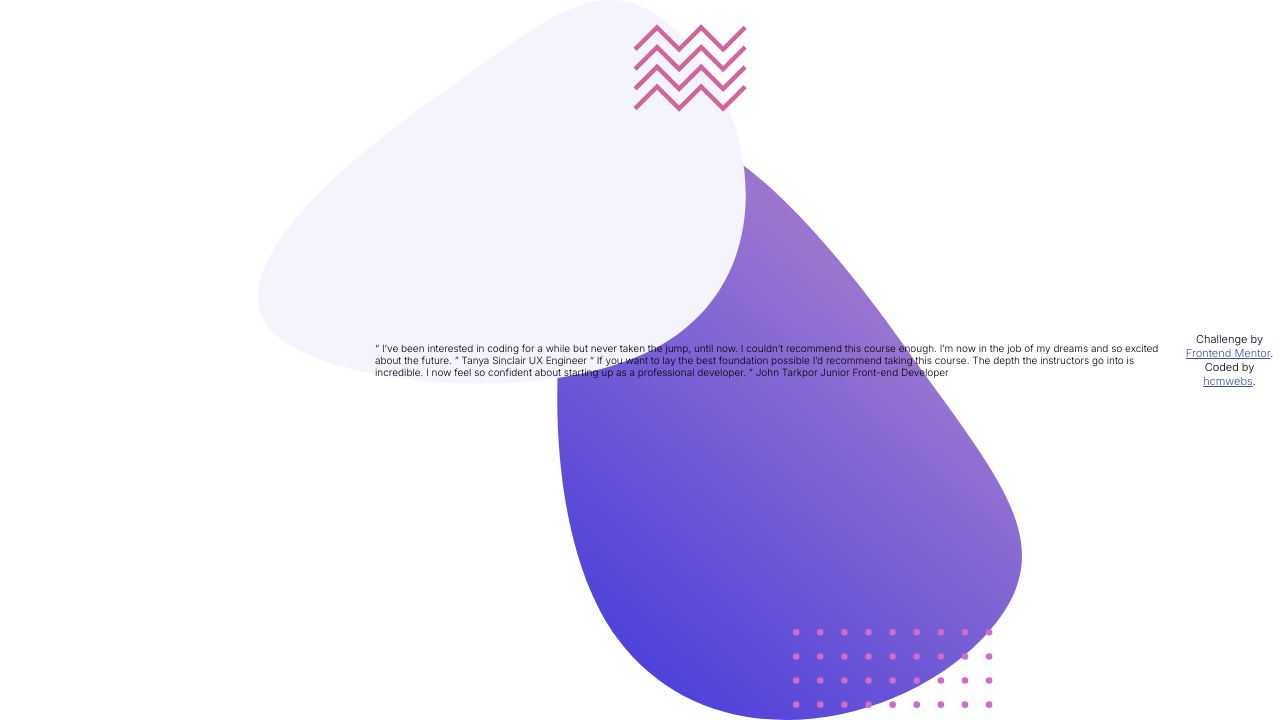
Repository: Hcmwebs/Coding-Bootcamp-Testimonials
Page: index.html
These files come from the project's save history. The page is drawn as it stood at one moment and after the next save; the edit follows.
The browser window is 1280 px wide. The pictures show the whole page.
The style sheet was rebuilt from its Sass, Less or Tailwind sources for each picture, by a compiler version that may differ from the author's.

Above is the page before, as saved 2020-10-29 14:02:03.

After the next save:
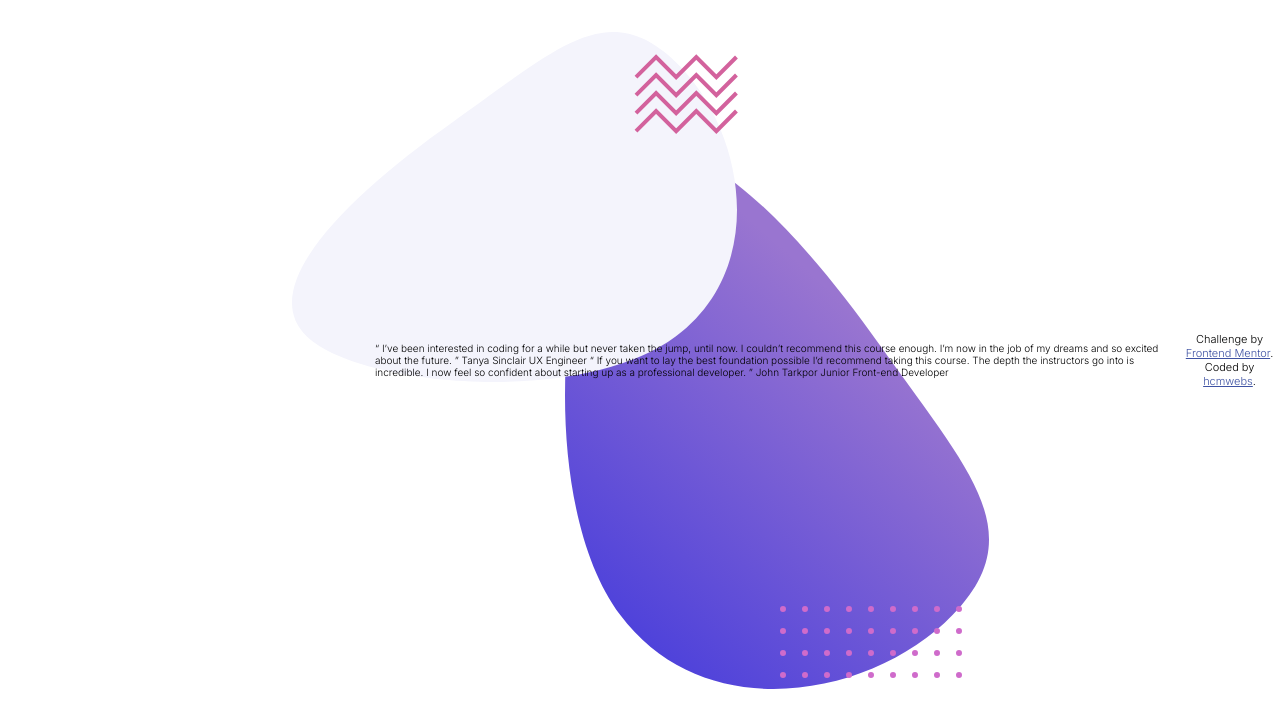
Saved 34 s later.
--- a/scss/main.scss
+++ b/scss/main.scss
@@ -33,7 +33,7 @@
   font-weight: 300;
   background-image: url(/images/pattern-bg.svg);
   background-position: center;
-  background-size:contain;
+  background-size:center;
   background-repeat: no-repeat;
   height: 100vh;
   width: 100%;

After the save that followed:
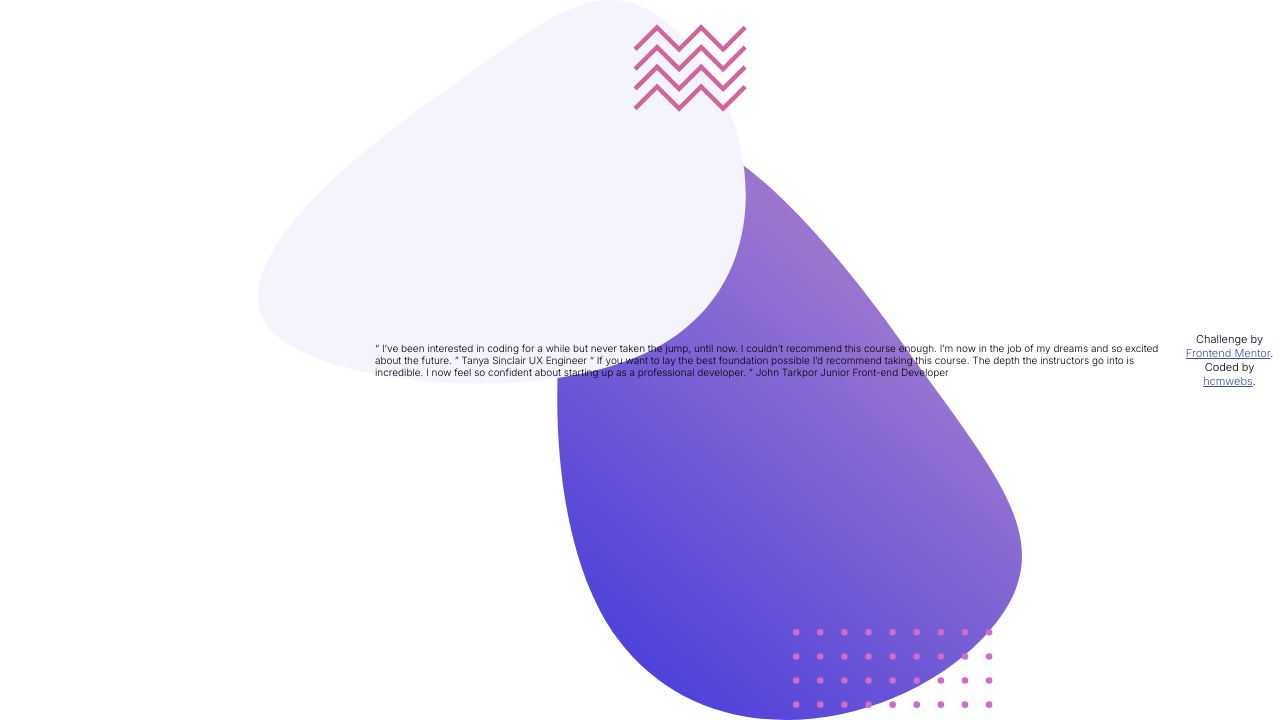
Saved 27 s later.
--- a/scss/main.scss
+++ b/scss/main.scss
@@ -32,8 +32,8 @@
   font-size: 10px;
   font-weight: 300;
   background-image: url(/images/pattern-bg.svg);
-  background-position: center;
-  background-size:center;
+  background-position: top center;
+  background-size:contain;
   background-repeat: no-repeat;
   height: 100vh;
   width: 100%;
